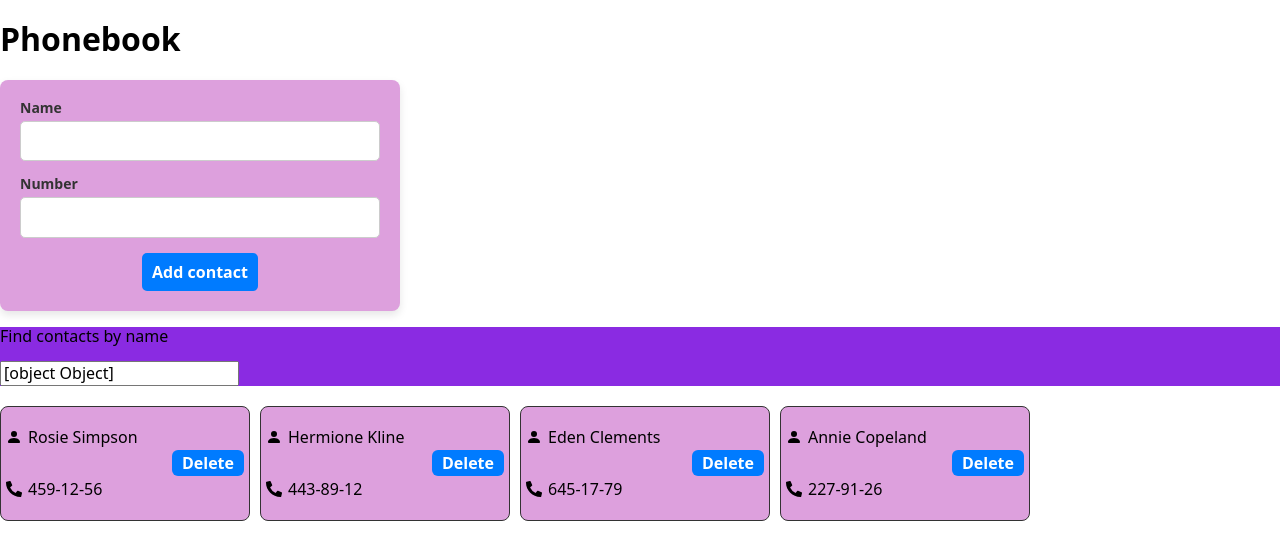
Repository: Evgeniya-Tishakova/goit-react-hw-03
Page: /
These files come from the project's save history. The page is drawn as it stood at one moment and after the next save; the edit follows.
The browser window is 1280 px wide. The pictures show the whole page.
The project was rebuilt for these pictures with package versions that can differ from the ones it lists, and the page was loaded fresh each time. Also part of the build but not shown: vite.config.js, src/index.css, src/components/App/App.module.css.

Above is the page before, as saved 2025-03-09 16:30:45.

### src/main.jsx
import { StrictMode } from "react";
import { createRoot } from "react-dom/client";
import "./index.css";
import App from "./components/App/App";
import "modern-normalize";

createRoot(document.getElementById("root")).render(
  <StrictMode>
    <App />
  </StrictMode>
);

### src/components/App/App.jsx
import { useState } from "react";
import { nanoid } from "nanoid";

import css from "./App.module.css";
import ContactForm from "../ContactForm/ContactForm";
import ContactList from "../ContactList/ContactList";
import SearchBox from "../SearchBox/SearchBox";

export default function App() {
  const [users, setUsers] = useState([
    { id: "id-1", name: "Rosie Simpson", number: "459-12-56" },
    { id: "id-2", name: "Hermione Kline", number: "443-89-12" },
    { id: "id-3", name: "Eden Clements", number: "645-17-79" },
    { id: "id-4", name: "Annie Copeland", number: "227-91-26" },
  ]);
  const [filterContacts, setFilterContacts] = useState("");

  const addUser = (newUser) => {
    setUsers((prevUsers) => {
      return [...prevUsers, newUser];
    });
  };

  const deleteUser = (userId) => {
    setUsers((prevUsers) => {
      return prevUsers.filter((user) => user.id !== userId);
    });
  };

  const searchUsers = users.filter((user) => user.name.toLowerCase());

  return (
    <>
      <div className={css.container}>
        <h1 className={css.title}>Phonebook</h1>
        <ContactForm onAdd={addUser} />
        <SearchBox value={filterContacts} onFilter={setFilterContacts} />
        <ContactList users={users} onDelete={deleteUser} />
      </div>
    </>
  );
}

### src/components/ContactForm/ContactForm.jsx
import { Formik, Form, Field, ErrorMessage } from "formik";
import css from "./ContactForm.module.css";
import * as Yup from "yup";
import { nanoid } from "nanoid";

const UserSchema = Yup.object().shape({
  name: Yup.string()
    .min(3, "Too Short!")
    .max(50, "Too Long!")
    .required("Required"),
  number: Yup.number()
    .min(3, "Too short")
    .max(50, "Too long")
    .required("Required"),
});

export default function ContactForm({ onAdd }) {
  const initialValues = {
    name: "",
    number: "",
  };

  const id = nanoid();

  const handleSubmit = (values, actions) => {
    console.log("handleSubmit", values);

    onAdd(values, id);
    actions.resetForm();
  };

  // const handleSubmit =(event) => {
  // event.preventDefault();
  //   onAdd({
  //     name: event.target.elements.name.value;
  //     number: event.target.elements.number.value;
  //   })
  // }

  return (
    <Formik
      initialValues={initialValues}
      onSubmit={handleSubmit}
      validation={UserSchema}
    >
      {(props) => (
        <Form className={css.form} onSubmit={props.handleSubmit}>
          <div className={css.container}>
            <label className={css.label}>Name</label>
            <Field className={css.input} type="text" id={id} name="name" />
            <ErrorMessage className={css.error} name="name" component="span" />
          </div>
          <div className={css.container}>
            <label className={css.label}>Number</label>
            <Field className={css.input} type="text" id={id} name="number" />
            <ErrorMessage
              className={css.error}
              name="number"
              component="span"
            />
          </div>

          <button className={css.button} type="submit">
            Add contact
          </button>
        </Form>
      )}
    </Formik>
  );
}

### src/components/ContactList/ContactList.jsx
import css from "./ContactList.module.css";
import Contact from "../Contact/Contact";

export default function ContactList({ users, onDelete }) {
  return (
    <ul className={css.list}>
      {users.map((user) => (
        <li key={user.id} className={css.item}>
          <Contact
            key={user.id}
            name={user.name}
            number={user.number}
            onDelete={onDelete}
          />
        </li>
      ))}
    </ul>
  );
}

### src/components/SearchBox/SearchBox.jsx
import css from "./SearchBox.module.css";

export default function Filter(value, onFilter) {
  return (
    <div className={css.container}>
      <p className={css.text}>Find contacts by name</p>
      <input
        type="text"
        value={value}
        onChange={(event) => onFilter(event.target.value)}
      />
    </div>
  );
}

### src/components/ContactForm/ContactForm.module.css
.form {
    display: flex;
    flex-direction: column;
    align-items: center;
    gap: 15px;
    background-color: plum;
    padding: 20px;
    border-radius: 8px;
    box-shadow: 0 4px 8px rgba(0, 0, 0, 0.1);
    max-width: 400px;
    margin-left: 0;
}

.form:hover {

    transform: scale(1.02);
}

.container {
    display: flex;
    flex-direction: column;
    width: 100%;
}


.label {
    font-size: 14px;
    font-weight: 600;
    color: #333;
    margin-bottom: 5px;
}

.input {
    width: 100%;
    padding: 10px;
    border: 1px solid #ccc;
    border-radius: 5px;
    font-size: 16px;
    transition: border 0.3s ease;
}

.input:focus {
    border-color: purple;
    outline: none;
}

.button {

    padding: 10px;
    background-color: #007bff;
    color: white;
    font-size: 16px;
    font-weight: bold;
    border: none;
    border-radius: 5px;
    cursor: pointer;
    transition: background 0.3s ease;
}

.button:hover {
    background-color: #007bff;
}

.button:active {
    background-color: #004494;
}


.error {
    font-size: 14px;
    color: orangered;
}

### src/components/ContactList/ContactList.module.css
.list {
    display: flex;
    flex-wrap: wrap;
    gap: 10px;
    padding: 0;
    margin-top: 20px;
    justify-content: flex-start;
    list-style: none;
}

.item {
    flex: 1 1 calc(33.333% - 10px);
    /* По 3 контакта в ряд */
    max-width: 250px;
    min-width: 200px;
}

### src/components/Contact/Contact.jsx
import css from "./Contact.module.css";
import { BsPersonFill } from "react-icons/bs";
import { FaPhoneAlt } from "react-icons/fa";

export default function Contact({ id, name, number, onDelete }) {
  return (
    <div className={css.contact}>
      <div className={css.container}>
        <p className={css.text}>
          <BsPersonFill className={css.icon} />
          {name}
        </p>
        <p className={css.text}>
          <FaPhoneAlt className={css.icon} />
          {number}
        </p>
      </div>

      <button className={css.button} onClick={() => onDelete(id)}>
        Delete
      </button>
    </div>
  );
}

### src/components/SearchBox/SearchBox.module.css
.container {
    margin-top: 10px;
    margin-top: 10px;
    background-color: blueviolet;
}

### src/components/Contact/Contact.module.css
.contact {
    display: flex;
    justify-content: space-between;
    align-items: center;
    padding: 5px;
    border: 1px solid #333;
    border-radius: 8px;
    background-color: plum;
    width: 100%;
    transition: background-color 0.3s ease-in-out, transform 0.2s ease-in-out;
}

.contact:hover {
    background-color: pink;
    transform: scale(1.02);
}


.container {
    display: flex;
    flex-direction: column;
    gap: 2px;
}

.text {
    display: flex;
    align-items: center;
    gap: 6px;
}


.button {
    padding: 4px 10px;
    background-color: #007bff;
    border: none;
    color: white;
    font-weight: bold;
    border-radius: 6px;
    cursor: pointer;
    transition: background 0.3s ease-in-out, transform 0.2s ease-in-out;
}

.button:hover {
    background-color: #007bff;
    transform: scale(1.05);
}

Loaded but not shown: index.html (common file)

After the next save:
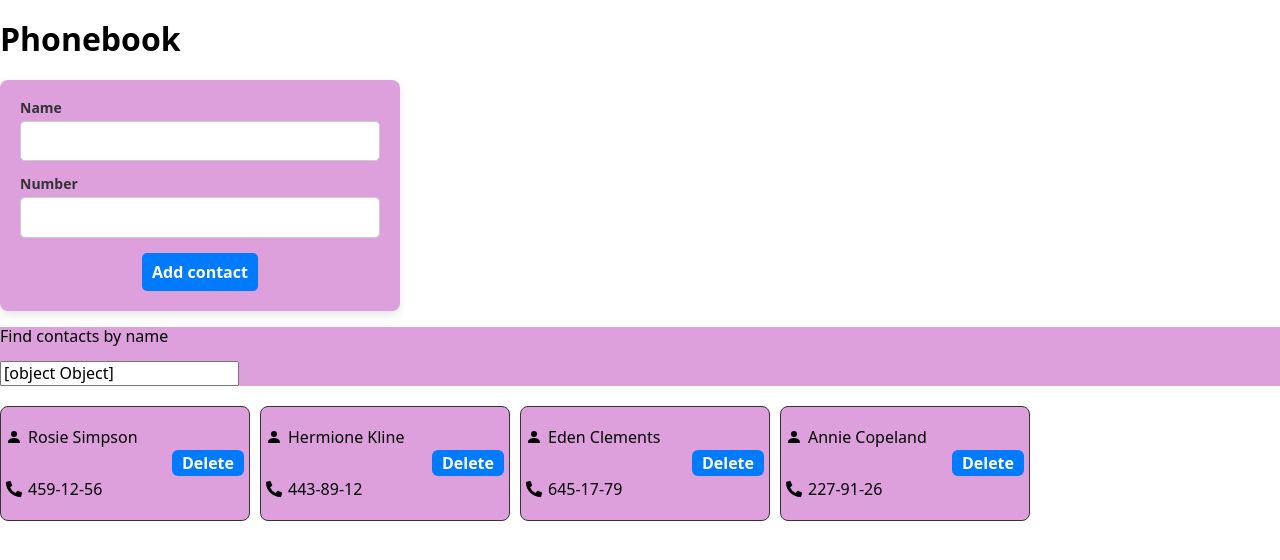
Saved 13 s later.
--- a/src/components/SearchBox/SearchBox.module.css
+++ b/src/components/SearchBox/SearchBox.module.css
@@ -1,5 +1,5 @@
 .container {
     margin-top: 10px;
     margin-top: 10px;
-    background-color: blueviolet;
+    background-color: plum;
 }
